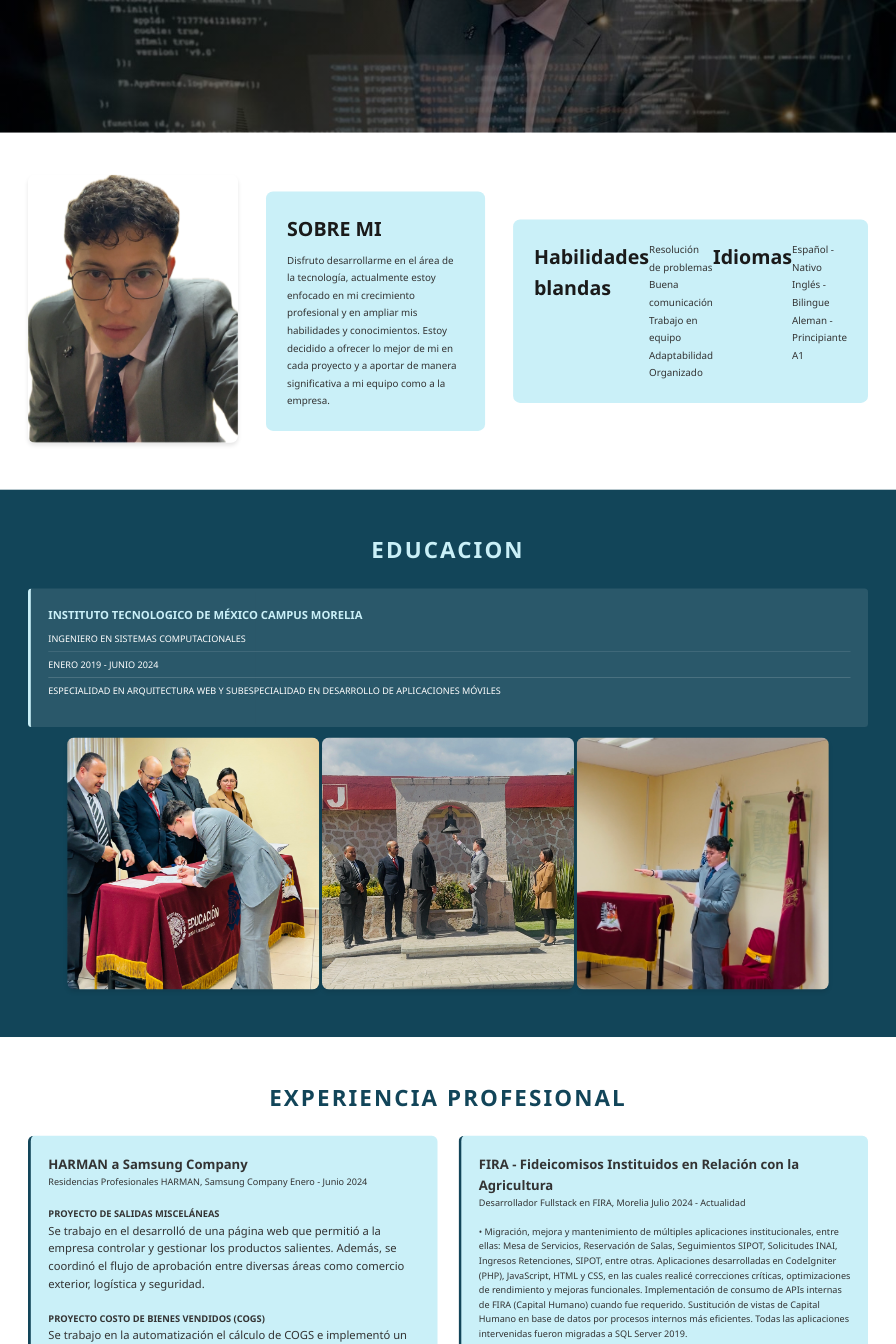
Repository: rafaelsilva2k/mi-portafolio
Page: index.html
An editor plug-in stored every save of this project. The page is shown before and after a run of saves, followed by the edit.
The browser window is 1280 px wide. The pictures show the part of the page from y = 411 to 2331 px (the page is 3313 px tall before and 3411 px after), at 70% of full size.

Above is the page before, as saved 2026-04-17 13:28:56.

### index.html
<!DOCTYPE html>
<html lang="en">
<head>
    <meta charset="UTF-8">
    <meta name="viewport" content="width=device-width, initial-scale=1.0">
    <title>Rafael Fabian Silva Zapien</title>
    <link rel="stylesheet" href="styles.css">
</head>
<body>
    <!-- HEADER: Nombre, Profesión y Menú de Navegación -->
    <header class="header">
        <div class="header-content">
            <div class="logo-section">
                <h1>Rafael Fabian Silva Zapien</h1>
                <p class="profession">INGENIERO EN SISTEMAS COMPUTACIONALES</p>
            </div>

            <nav class="navbar">
                <ul>
                    <li><a href="#sobre-mi">SOBRE MI</a></li>
                    <li><a href="#educacion">EDUCACION</a></li>
                    <li><a href="#experiencia">EXPERIENCIA</a></li>
                    <li><a href="#proyectos">PROYECTOS</a></li>
                    <li><a href="#contacto">CONTACTO</a></li>
                </ul>
            </nav>
        </div>
    </header>

    <!-- HERO SECTION: Imagen grande con texto "Desarrollador Web Fullstack" -->
     <section class="hero">
        <div class="hero-content">
            <h2>Desarrollador Web<br>Fullstack</h2>
        </div>
     </section>

     <!-- SECCIÓN SOBRE MÍ: Foto + Descripción -->
      <section id="sobre-mi" class="sobre-mi">
        <div class="sobre-mi-container">
            <div class="sobre-mi-foto">
                <img src="images/me.png" alt="Rafael Silva">
            </div>
            <div class="sobre-mi-texto">
                <h2>SOBRE MI</h2>
                <p>Disfruto desarrollarme en el área de la tecnología, actualmente estoy enfocado en mi crecimiento profesional y en ampliar mis habilidades y conocimientos. Estoy decidido a ofrecer lo mejor de mi en cada proyecto y a aportar de manera significativa a mi equipo como a la empresa.</p>
            </div>
            <div class="sobre-mi-texto">
                <div class="sobre-mi-habilidades">
                    <h2>Habilidades blandas</h2>
                    <p> Resolución de problemas <br> Buena comunicación <br> Trabajo en equipo  <br> Adaptabilidad <br> Organizado</p>
                <div>
                <div class="sobre-mi-habilidades">
                    <h2>Idiomas</h2>
                    <p>Español - Nativo <br> Inglés - Bilingue <br> Aleman - Principiante A1</p>
                </div>
            </div>
        </div>
      </section>

      <!--Seccion de Educacion-->
      <section id="educacion" class="educacion">
        <h2>EDUCACION</h2>
        <div class="educacion-content">
            <div class="educacion-item">
                <h4>INSTITUTO TECNOLOGICO DE MÉXICO CAMPUS MORELIA</h4>
                <p>INGENIERO EN SISTEMAS COMPUTACIONALES</p>
                <p>ENERO 2019 - JUNIO 2024</p>
                <p>ESPECIALIDAD EN ARQUITECTURA WEB Y SUBESPECIALIDAD EN DESARROLLO DE APLICACIONES MÓVILES</p>
            </div>
            <div class="education-item">
                <div class="education-photos">
                    <img src="images/FirmaTitulacion.jpeg">
                    <img src="images/campanaTitulacion.jpeg">
                    <img src="images/titulacion.jpeg">
                </div>
            </div>
        </div>
      </section>

      <section id="experiencia" class="experiencia">
        <h2>EXPERIENCIA PROFESIONAL</h2>
            <div class="experiencia-content">
                <div class="experiencia-item">
                    <h3>HARMAN a Samsung Company</h3>
                    <p>Residencias Profesionales HARMAN, Samsung Company Enero - Junio 2024 </p><br>
                    <h5>PROYECTO DE SALIDAS MISCELÁNEAS</h5>
                    <p></p>Se trabajo en el desarrolló de una página web que permitió a la empresa
                    controlar y gestionar los productos salientes. Además, se coordinó el flujo de
                    aprobación entre diversas áreas como comercio exterior, logística y seguridad. <br> <br>
                    <h5>PROYECTO COSTO DE BIENES VENDIDOS (COGS)</h5>
                    Se trabajo en la automatización el cálculo de COGS e implementó un módulo
                    que agiliza la obtención de datos para el reporte de COGS, logrando un análisis
                    más detallado y una representación gráfica eficaz de la información.</p>
                </div>
                <div class="experiencia-item">
                    <h3>FIRA - Fideicomisos Instituidos en Relación con la Agricultura</h3>
                    <p>Desarrollador Fullstack en FIRA, Morelia Julio 2024 - Actualidad <br> <br>
                    • Migración, mejora y mantenimiento de múltiples aplicaciones institucionales,
                    entre ellas: Mesa de Servicios, Reservación de Salas, Seguimientos SIPOT,
                    Solicitudes INAI, Ingresos Retenciones, SIPOT, entre otras.
                    Aplicaciones desarrolladas en CodeIgniter (PHP), JavaScript, HTML y CSS,
                    en las cuales realicé correcciones críticas, optimizaciones de rendimiento y
                    mejoras funcionales.
                    Implementación de consumo de APIs internas de FIRA (Capital Humano)
                    cuando fue requerido.
                    Sustitución de vistas de Capital Humano en base de datos por procesos
                    internos más eficientes.
                    Todas las aplicaciones intervenidas fueron migradas a SQL Server 2019. <br>
                    • Desarrollo de un módulo completo dentro de la aplicación Reservación de
                    Salas para la gestión y reservación de cargadores eléctricos para vehículos del
                    personal interno.<br>
                    • Colaboración en la aplicación Siniestralidad, desarrollada originalmente en
                    ASP, la cual fue migrada a SQL Server 2019 y sometida a una limpieza y
                    depuración general. Posteriormente se detectaron fallas en el funcionamiento y
                    realicé los ajustes necesarios para su correcta operación.<br>
                    • Participación en la migración de la aplicación Firma Electrónica, actualizando
                    la plataforma de Java 1.4 a Java 17, así como la migración de Tomcat y todos
                    los cambios estructurales requeridos para garantizar compatibilidad y
                    estabilidad.<br>
                    • Elaboración de documentación técnica detallada para todos los proyectos,
                    facilitando futuras tareas de mantenimiento, soporte y transferencia de
                    conocimiento dentro del equipo. Apoyo adicional en la preparación de
                    documentación para describir cambio</p>
                </div>
            </div>
      </section>

      <!--Seccion de proyectos-->
      <section id="proyectos" class="proyectos">
        <h2>PROYECTOS</h2>
        <div class="proyectos-content">
            <div class="proyectos-item">
                <h4>Primer proyecto</h4>
                <img src="" alt="Proyecto-1-name">
            </div>
            <div class="proyectos-item">
                <h4> Segundo proyecto</h4>
                <img src="" alt="Proyecto-2-name">
            </div>
            <div class="proyectos-item">
                <h4>Tercer proyecto</h4>
                <img src="" alt="proyecto-3-name">
            </div>
        </div>
      </section>

      <section id="contacto" class="contacto">
        <h2>Contacto</h2>
        <div class="contacto-content">
            <p>Email: rafaelsilva2k256@gmail.com</p>
            <p>LinkedIn: <a href="www.linkedin.com/in/rafael-fabian-silva-zapien-a124ba247">Perfil de Linkedin</a></p>
            <p>GitHub: <a href="#">Tu GitHub</a></p>
        </div>
      </section>

      <!--footer-->
      <footer class="footer">
        <p>&copy; 2024 Rafael Fabian Silva Zapien. Todos los derechos reservados.</p>
      </footer>

      <script src="script.js"></script>
</body>
</html>

### styles.css
/* ============================================
   RESET Y VARIABLES GLOBALES
   ============================================ */

* {
    margin: 0;
    padding: 0;
    box-sizing: border-box;
}

:root {
    --color-primary: #caf0f8;      /* Amarillo */
    --color-secondary: #124559;    /* Dorado/Marrón */
    --color-dark: #1a1a1a;         /* Negro */
    --color-text: #333333;         /* Texto gris oscuro */
    --color-white: #ffffff;        /* Blanco */
}

body {
    font-family: 'Segoe UI', Tahoma, Geneva, Verdana, sans-serif;
    color: var(--color-text);
    line-height: 1.6;
}

/* ============================================
   HEADER - Menú y nombre
   ============================================ */

.header {
    background-color: var(--color-primary);
    padding: 20px 0;
    border-bottom: 3px solid var(--color-secondary);
    position: sticky;
    top: 0;
    z-index: 100;
}

.header-content {
    max-width: 1200px;
    margin: 0 auto;
    padding: 0 20px;

    /* FLEXBOX: Alinea nombre a la izquierda y menú a la derecha */
    display: flex;
    justify-content: space-between;
    align-items: center;
}

.logo-section h1 {
    font-size: 24px;
    font-weight: bold;
    color: var(--color-dark);
}

.profession {
    font-size: 12px;
    color: var(--color-text);
    letter-spacing: 2px;
}

/* NAVEGACIÓN - Menú horizontal */
.navbar ul {
    list-style: none;

    /* FLEXBOX: Alinea los items del menú horizontalmente */
    display: flex;
    gap: 30px;
}

.navbar a {
    text-decoration: none;
    color: var(--color-text);
    font-size: 14px;
    font-weight: 500;
    transition: color 0.3s ease;
}

.navbar a:hover {
    color: var(--color-secondary);
}

/* ============================================
   HERO SECTION - Imagen grande
   ============================================ */

.hero {
    background: linear-gradient(rgba(0, 0, 0, 0.5), rgba(0, 0, 0, 0.5)),
                url('images/iaGeneratedMe.jpeg');
    background-size: cover;
    background-position: center;
    height: 500px;

    /* FLEXBOX: Centra el texto en el hero */
    display: flex;
    align-items: center;
    justify-content: center;
    text-align: center;
}

.hero-content h2 {
    font-size: 48px;
    color: var(--color-primary);
    font-weight: bold;
    text-shadow: 2px 2px 4px rgba(0, 0, 0, 0.7);
}

/* ============================================
   SECCIÓN SOBRE MÍ
   ============================================ */

.sobre-mi {
    padding: 60px 20px;
    background-color: var(--color-white);
}

.sobre-mi-container {
    max-width: 1200px;
    margin: 0 auto;

    /* FLEXBOX: Alinea foto a la izquierda y texto a la derecha */
    display: flex;
    gap: 40px;
    align-items: center;
}

.sobre-mi-foto {
    flex: 0 0 300px;  /* Ancho fijo de 300px */
}

.sobre-mi-foto img {
    width: 100%;
    border-radius: 10px;
    box-shadow: 0 4px 6px rgba(0, 0, 0, 0.1);
}

.sobre-mi-texto {
    flex: 1;  /* Ocupa el espacio restante */
    background-color: var(--color-primary);
    padding: 30px;
    border-radius: 10px;
}

.sobre-mi-texto h2 {
    font-size: 28px;
    margin-bottom: 10px;
    color: var(--color-dark);
}

.sobre-mi-texto h3 {
    font-size: 14px;
    letter-spacing: 2px;
    margin-bottom: 20px;
    color: var(--color-secondary);
}

.sobre-mi-texto p {
    font-size: 14px;
    line-height: 1.8;
    color: var(--color-text);
}

.sobre-mi-habilidades {
    display: flex;
}

/* ============================================
   SECCIÓN EDUCACIÓN
   ============================================ */

.educacion {
    padding: 60px 20px;
    background-color: var(--color-secondary);
    color: var(--color-white);
}

.educacion h2 {
    font-size: 32px;
    margin-bottom: 30px;
    text-align: center;
    color: var(--color-primary);
    letter-spacing: 3px;
}

.educacion-content {
    max-width: 1200px;
    margin: 0 auto;
}

.educacion-item {
    background-color: rgba(255, 255, 255, 0.1);
    padding: 25px;
    margin-bottom: 15px;
    border-left: 4px solid var(--color-primary);
    border-radius: 5px;
}

.educacion-item h4 {
    font-size: 16px;
    margin-bottom: 10px;
    color: var(--color-primary);
}

.educacion-item p {
    font-size: 13px;
    margin-bottom: 8px;
    padding-bottom: 8px;
    border-bottom: 1px solid rgba(255, 255, 255, 0.2);
}

.educacion-item p:last-child {
    border-bottom: none;
}

.education-photos {
    flex: 0 0 300px;  /* Ancho fijo de 300px */
    text-align: center;
}

.education-photos img {
    width: 30%;
    border-radius: 10px;
    box-shadow: 0 4px 6px rgba(0, 0, 0, 0.1);
}

/* ============================================
   SECCIÓN EXPERIENCIA
   ============================================ */

.experiencia {
    padding: 60px 20px;
    background-color: var(--color-white);
}

.experiencia h2 {
    font-size: 32px;
    margin-bottom: 30px;
    text-align: center;
    color: var(--color-secondary);
    letter-spacing: 3px;
}

.experiencia-content {
    max-width: 1200px;
    margin: 0 auto;

    /* FLEXBOX: Coloca los items uno al lado del otro */
    display: flex;
    gap: 30px;
}

.experiencia-item {
    flex: 1;
    background-color: var(--color-primary);
    padding: 25px;
    border-radius: 8px;
    border-left: 4px solid var(--color-secondary);
}

.experiencia-item h4 {
    font-size: 16px;
    margin-bottom: 10px;
    color: var(--color-dark);
}

.experiencia-item p {
    font-size: 13px;
    color: var(--color-text);
}

/* ============================================
   SECCIÓN PROYECTOS
   ============================================ */

.proyectos {
    padding: 60px 20px;
    background-color: var(--color-primary);
}

.proyectos h2 {
    font-size: 32px;
    margin-bottom: 30px;
    text-align: center;
    color: var(--color-secondary);
    letter-spacing: 3px;
}

.proyectos-content {
    max-width: 1200px;
    margin: 0 auto;

    /* FLEXBOX: Coloca las tarjetas en 3 columnas */
    display: flex;
    gap: 25px;
    justify-content: space-between;
}

.proyectos-item {
    flex: 1;
    background-color: var(--color-white);
    padding: 20px;
    border-radius: 8px;
    box-shadow: 0 2px 8px rgba(0, 0, 0, 0.1);
    transition: transform 0.3s ease;
}

.proyectos-item:hover {
    transform: translateY(-5px);
}

.proyectos-item h4 {
    font-size: 16px;
    margin-bottom: 15px;
    color: var(--color-dark);
}

.proyectos-item img {
    width: 100%;
    height: 200px;
    object-fit: cover;
    border-radius: 5px;
    background-color: var(--color-secondary);
}

/* ============================================
   SECCIÓN CONTACTO
   ============================================ */

.contacto {
    padding: 60px 20px;
    background-color: var(--color-secondary);
    color: var(--color-white);
    text-align: center;
}

.contacto h2 {
    font-size: 32px;
    margin-bottom: 30px;
    color: var(--color-primary);
    letter-spacing: 3px;
}

.contacto-content {
    max-width: 600px;
    margin: 0 auto;
    font-size: 14px;
    line-height: 2;
}

.contacto-content a {
    color: var(--color-primary);
    text-decoration: none;
    font-weight: bold;
}

.contacto-content a:hover {
    text-decoration: underline;
}

/* ============================================
   FOOTER
   ============================================ */

.footer {
    background-color: var(--color-dark);
    color: var(--color-white);
    text-align: center;
    padding: 20px;
    font-size: 12px;
}

/* ============================================
   RESPONSIVE - Para dispositivos móviles
   ============================================ */

@media (max-width: 768px) {
    .header-content {
        flex-direction: column;
        gap: 20px;
    }

    .navbar ul {
        gap: 15px;
        font-size: 12px;
    }

    .sobre-mi-container {
        flex-direction: column;
    }

    .sobre-mi-foto {
        flex: 0 0 200px;
    }

    .experiencia-content {
        flex-direction: column;
    }

    .proyectos-content {
        flex-direction: column;
    }

    .hero-content h2 {
        font-size: 32px;
    }
}

Loaded but not shown: script.js (no copy from this time; the picture is the same without it)

After the next 2 saves:
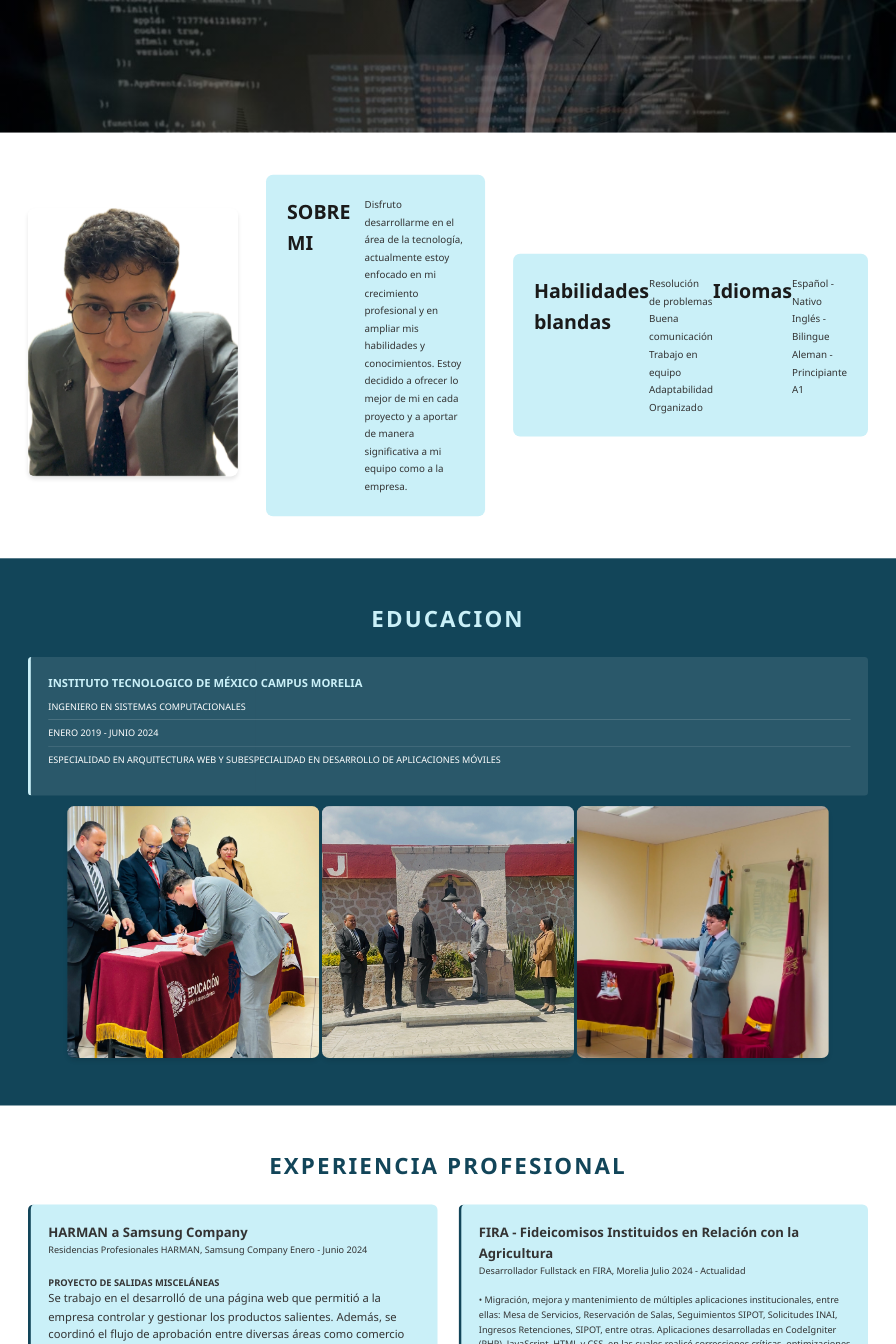
The 2 saves are shown as one change because they came seconds apart.
The last was saved 3 min 21 s later.
--- a/styles.css
+++ b/styles.css
@@ -138,6 +138,11 @@
     background-color: var(--color-primary);
     padding: 30px;
     border-radius: 10px;
+
+    /* FLEXBOX AQUÍ - para alinear habilidades e idiomas lado a lado */
+    display: flex;
+    gap: 20px;
+    align-items: flex-start;
 }
 
 .sobre-mi-texto h2 {

After the save that followed:
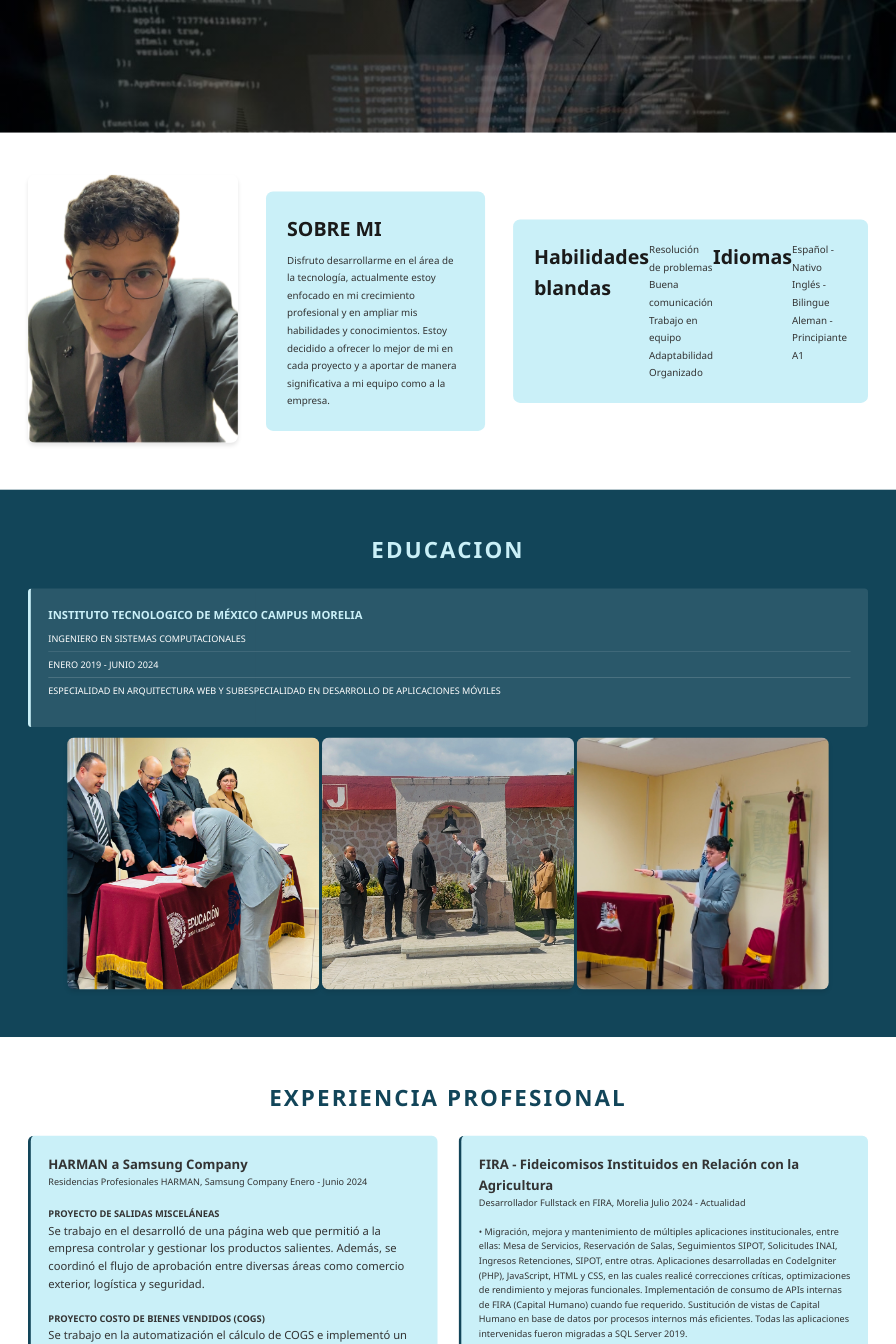
Saved 17 s later.
--- a/styles.css
+++ b/styles.css
@@ -138,11 +138,6 @@
     background-color: var(--color-primary);
     padding: 30px;
     border-radius: 10px;
-
-    /* FLEXBOX AQUÍ - para alinear habilidades e idiomas lado a lado */
-    display: flex;
-    gap: 20px;
-    align-items: flex-start;
 }
 
 .sobre-mi-texto h2 {
